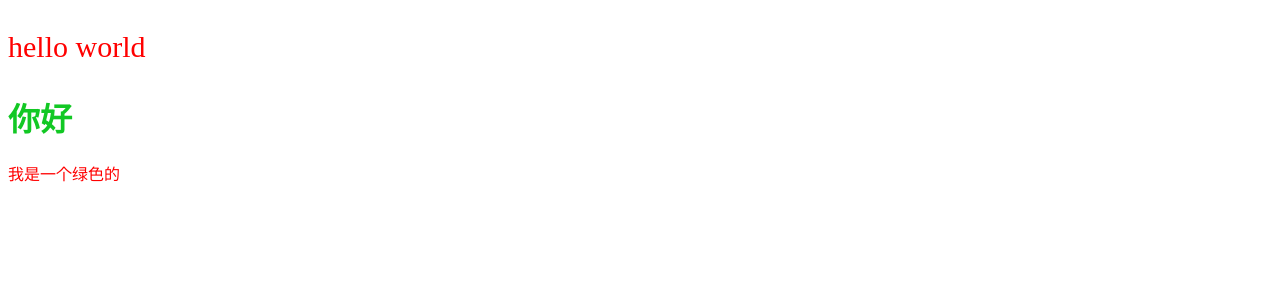
Repository: ls02/VSCode
Page: Java/2022/6-30-1/Test1.html
The author's editor kept a copy of each file at every save. The page is drawn from the files as they stood at one save, then again after the next save.
The browser window is 1280 px wide. The pictures show the whole page.

Above is the page before, as saved 2022-06-30 22:17:39.

After the next save:
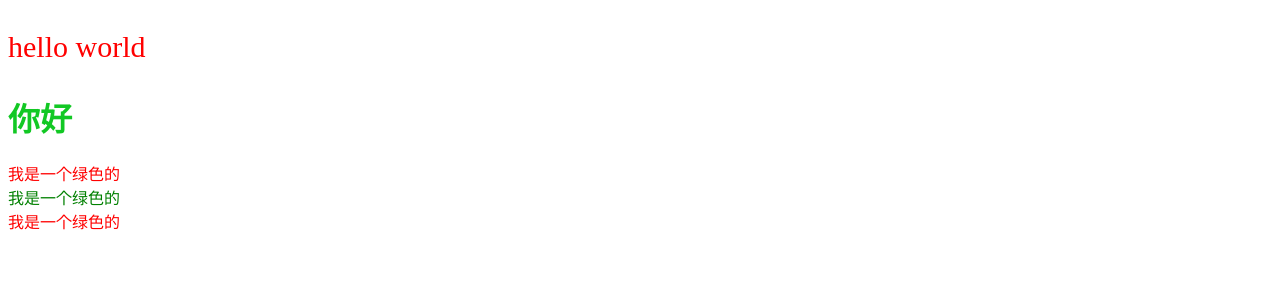
Saved 16 s later.
--- a/Java/2022/6-30-1/Test1.html
+++ b/Java/2022/6-30-1/Test1.html
@@ -41,5 +41,7 @@
     <p>hello world</p>
     <h1 style="color:rgb(18, 200, 36)">你好</h1>
     <div>我是一个绿色的</div>
+    <div class="gren">我是一个绿色的</div>
+    <div>我是一个绿色的</div>
 </body>
 </html>
